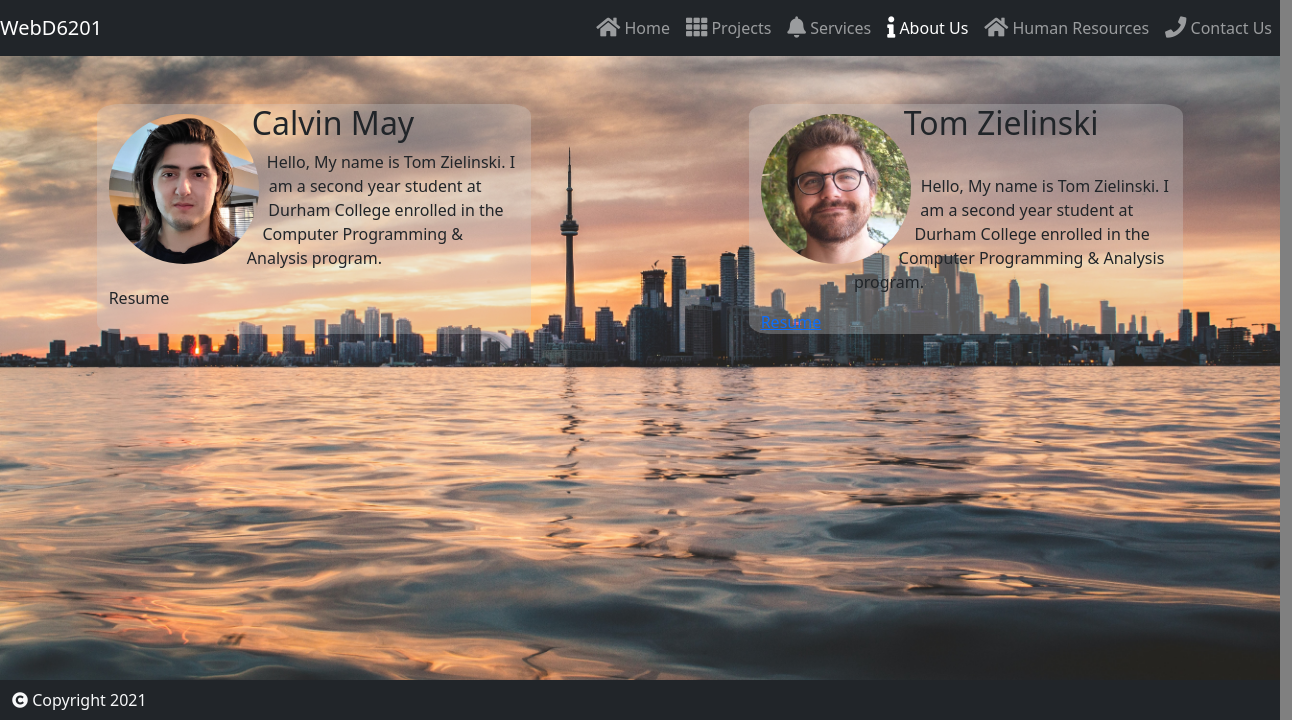
Repository: Tomelinski/Webd6201-Lab02
Page: about.html
These files come from the project's save history. The page is drawn as it stood at one moment and after the next save; the edit follows.
The browser window is 1280 px wide. The page is 1292 px wide, so the pictures cover 1292 px, including what lies to the right of the window. The pictures show the whole page.

Above is the page before, as saved 2021-02-05 19:12:51.

### about.html
<!-- Author(s): Tom Zielinski,
 *              Calvin May
 *
 *   Date: 02/02/2021 | Last Modified: 02/03/2021
 *   Document: about.html
 *   Description: ...
-->
<!DOCTYPE html>
<html lang="en">
<head>
    <meta charset="UTF-8">
    <meta name="viewport" content="width=device-width, initial-scale=1.0">
    <title>About</title>
    <!-- -->
    <link rel="stylesheet" href="./node_modules/bootstrap/dist/css/bootstrap.min.css">
    <link rel="stylesheet" href="./node_modules/@fortawesome/fontawesome-free/css/all.min.css">
    <link rel="stylesheet" href="./Content/app.css">

</head>
<body>
      <!-- Main header -->
      <header>
        <!-- Main Nav -->
          <nav class="navbar navbar-expand-lg navbar-dark bg-dark ">
              <a class="navbar-brand" href="./index.html">WebD6201</a>
              <button class="navbar-toggler" type="button" data-toggle="collapse" data-target="#navbarSupportedContent" aria-controls="navbarSupportedContent" aria-expanded="false" aria-label="Toggle navigation">
                <span class="navbar-toggler-icon"></span>
              </button>

              <div class="collapse navbar-collapse" id="navbarSupportedContent">
                <ul id="pageList" class="navbar-nav ms-auto mb-2 mb-lg-0">
                  <li class="nav-item ">
                    <a class="nav-link" aria-current="page" href="index.html"><i class="fas fa-home fa-lg"></i> Home</a>
                  </li>

                  <li class="nav-item">
                      <a id="projects" class="nav-link" aria-current="page" href="products.html"><i class="fas fa-th fa-lg"></i> Products</a>
                  </li>

                  <li class="nav-item">
                      <a class="nav-link" aria-current="page" href="services.html"><i class="fas fa-bell fa-lg"></i> Services</a>
                  </li>

                  <li class="nav-item">
                      <a class="nav-link active" aria-current="page" href="about.html"><i class="fas fa-info fa-lg"></i> About Us</a>
                  </li>

                  <li class="nav-item">
                      <a class="nav-link" aria-current="page" href="contact.html"><i class="fas fa-phone fa-lg"></i> Contact Us</a>
                  </li>
                </ul>
              </div>
            </nav>
      </header>

      <main>
        <div class="container"></div>
          <div class="row justify-content-around">
            <div id="about-calvin" class="col-4 mt-5 about-background">

            </div>
            <div id="about-tom" class="col-4 mt-5 about-background">

            </div>
          </div>
        </div>
      </main>

    <!-- Script section -->
    <script src="./node_modules/jquery/dist/jquery.min.js"></script>
    <script src="./node_modules/bootstrap/dist/js/bootstrap.bundle.min.js"></script>
    <script src="./Scripts/app.js"></script>
</body>

</html>

### Content/app.css
/* Author(s): Tom Zielinski,
 *              Calvin May
 *
 *   Date: 02/02/2021 | Last Modified: 02/03/2021
 *   Document: Services.html
 *   Description: ...
*/
/* Custom css page */
body{
    width:100vw;
    height:100vh;
    background: url("../Pictures/Toronto.jpg") no-repeat center center fixed;
    -webkit-background-size: cover;
    -moz-background-size: cover;
    -o-background-size: cover;
    background-size: cover;
    overflow-x: hidden;
    margin:0px;
    min-height:100%;
    background-color: gray;
}

.headshot-portrait{
    width: 150px;
    height: 150px;
    border-radius: 50%;
    float: left;
    shape-outside: circle();
    margin: 10px 10px 15px 0px;
}

.about-background{
    background: rgba(210, 210, 210, 0.3);
    border-radius: 5%;

}

### Scripts/app.js
/** Author(s): Tom Zielinski,
 *             Calvin May
 *
 *  Date: 02/02/2021 | Last Modified: 02/03/2021
 *  Document: app.js
 *  Description: ...
 */

/** Custom JavaScript Page */

/** IFFE Function */
(() => {

    // Declarations
    let mainContent = document.getElementsByTagName("main")[0]; // Holds the <main> element


    // First Fix the upper, lower navbars. Ensuring they display properly
    fixNavBars();

    /** Web Application Startup Functions */
    /** Start() - Lets the application know which content to load
     *          based on the title of the document.
    */
    function Start() {
        console.log("Web App Started.");``


        // A switch case used to figure out which page is being loaded.
        switch (document.title) {
            case "Home":
                displayHomePage();
                break;
            case "About":
                displayAboutPage();
                break;
            case "Contact":
                displayContactPage();
                break;
            case "Projects":
                displayProjectsPage();
                break;
            case "Services":
                displayServicesPage();
                break;
            case "Human Resources":
                displayHumanResourcesPage();
                break;
        }

    }

    /** Display Page Content Functions */
    /** displayHomePage() - Loads the Content for index.html */
    function displayHomePage() {

        let newParagraph = document.createElement("p");
        newParagraph.setAttribute("id", "paragraphOne");
        newParagraph.className = "fs-6 col col-md-4 mt-5 m-auto px-4 border border-dark border-4 rounded";
        newParagraph.textContent = "Welcome to Cavlin May's and Tom Zielinski's Webd6201 Lab01 webpage.";

        mainContent.appendChild(newParagraph);
    }

    /** displayAboutPage() - Loads the Content for about.html */
    function displayAboutPage() {

        // About Tom Content
        //-Create Elements for About Tom
        let aboutTomDiv = document.getElementById("about-tom");
        let tomHeading = document.createElement("h2");
        let pic = document.createElement("img");
        let aboutTom = document.createElement("p");
        let tomResume = document.createElement("a");

        // Set the Attributes, html, and Content for Toms Elements
        tomHeading.textContent = "Tom Zielinski";
        pic.setAttribute("src", "../Pictures/Tom.jpeg");
        pic.setAttribute("class", "headshot-portrait");
        pic.setAttribute("alt", "Headshot of Tom");
        aboutTom.innerHTML = `</br><p>Hello, My name is Tom Zielinski. I am a second year student at Durham College enrolled in the Computer Programming & Analysis program.</p>`;
        tomResume.setAttribute("href", "../files/resumes/Tom_Resume.pdf");
        tomResume.setAttribute("download", "");
        tomResume.setAttribute("background", "blue");
        tomResume.textContent = "Resume";

        // Insert the Elements within the about-tom div
        aboutTomDiv.appendChild(pic);
        aboutTomDiv.appendChild(tomHeading);
        aboutTomDiv.appendChild(aboutTom);
        aboutTomDiv.appendChild(tomResume);

        // About Calvin Content
        //-Create Elements for About Calvin
        let aboutCalvinDiv = document.getElementById("about-calvin");
        let calvinHeading = document.createElement("h2");
        let calvinPortrait = document.createElement("img");
        let aboutCalvin = document.createElement("p");
        let calvinResume = document.createElement("a");

        // Set the Attributes, html, and Content for Toms Elements
        calvinHeading.textContent = "Calvin May";
        calvinPortrait.setAttribute("src", "../Pictures/Calvin.jpg");
        calvinPortrait.setAttribute("class", "headshot-portrait");
        calvinPortrait.setAttribute("alt", "Headshot of Tom");
        aboutCalvin.innerHTML = `<p>Hello, My name is Tom Zielinski. I am a second year student at Durham College enrolled in the Computer Programming & Analysis program.</p>`;
        calvinResume.textContent = "Resume";

        // Insert the Elements within the about-tom div
        aboutCalvinDiv.appendChild(calvinPortrait);
        aboutCalvinDiv.appendChild(calvinHeading);
        aboutCalvinDiv.appendChild(aboutCalvin);
        aboutCalvinDiv.appendChild(calvinResume);
    }

    /** displayContactPage() - Loads the Content for contact.html */
    function displayContactPage() {

    }

    /** displayProjectsPage() - Loads the Content for projects.html */
    function displayProjectsPage() {

    }

    /** displayServicesPage() - Loads the Content for services.html */
    function displayServicesPage() {

    }

    /** displayHumanResourcesPage() - Loads the Content for human_resources.html */
    function displayHumanResourcesPage() {


    }

    /**
     * fixNavBars() - This Function is used to finish creating the Header/Footer Navbars
     *              using DOM Manipulation and Injection. First it fixes the "Products"
     *              NavBar link to correctly show, "Projects" and link to the projects.html
     *              page. It also Insert a new NavBar link, "Human Recources" between
     *              "About us" and "Contact Us" links. Finally, it adds a footer to the
     *              bottom of the page.
     */
    function fixNavBars()
    {
        // Fix the "Products" Nav item
        let projectPageAnchor = document.getElementById("projects");    // Get the Nav item Anchor tag by id
        projectPageAnchor.setAttribute("href", "projects.html");        // Correctly set the Hypertext Reference attribute
        projectPageAnchor.innerHTML = "<i class=\"fas fa-th fa-lg\"></i> Projects"; // Correctly set the text to indicate a project page

        // Insert a Nav item for Human Resources
        let navBarItemList = document.getElementById("pageList");  // Get the <ul> holding the Page links
        let humanResourcesListItem = document.createElement("li"); // Create a new list Item
        humanResourcesListItem.setAttribute("class", "nav-item");  // Set the class of the list item to "nav-item"
        // Create the anchor that will exist within the humanResourcesListItem
        let hrListItemData = '<a class="nav-link" aria-current="page" ' +
                             'href="human_resources.html"><i class="fas fa-home fa-lg"></i> Human Resources</a>';
        // Set the innerHtml with the data above
        humanResourcesListItem.innerHTML = hrListItemData;
        // Insert the new listitem before the 8th child within the <ul>
        //-(8th because it counts both the <li> elements and the <a> elements within)
        navBarItemList.insertBefore(humanResourcesListItem, navBarItemList.childNodes[8]);


        // Insert a new footer NavBar
        let footerData = "";    // A variable to hold the html code for the footers navBar
        // Create the footer element
        let pageFooter = document.createElement("footer");
        // Insert the new footer element before the "next" sibling of <main>
        //-Reads as <body>.insertBefore(pageFooter, elementAfterMain)
        mainContent.parentNode.insertBefore(pageFooter, mainContent.nextSibling);

        footerData = '<nav class="navbar fixed-bottom navbar-dark bg-dark"> ' +
                     '<div class="container-fluid"> ' +
                     '<h7 class="text-light"><i class="fas fa-copyright text-light"></i> Copyright 2021</h7> ' +
                     '</div> ' +
                     '</nav> ';
        pageFooter.innerHTML = footerData;

    }

    // Add an event listener for the load event (Page load).
    //-Call the Start() function so that we can display page
    //-specific content
    window.addEventListener("load", Start);

})();

Loaded but not shown: node_modules/bootstrap/dist/css/bootstrap.min.css (library); node_modules/@fortawesome/fontawesome-free/css/all.min.css (library); node_modules/jquery/dist/jquery.min.js (library); node_modules/bootstrap/dist/js/bootstrap.bundle.min.js (library)

After the next save:
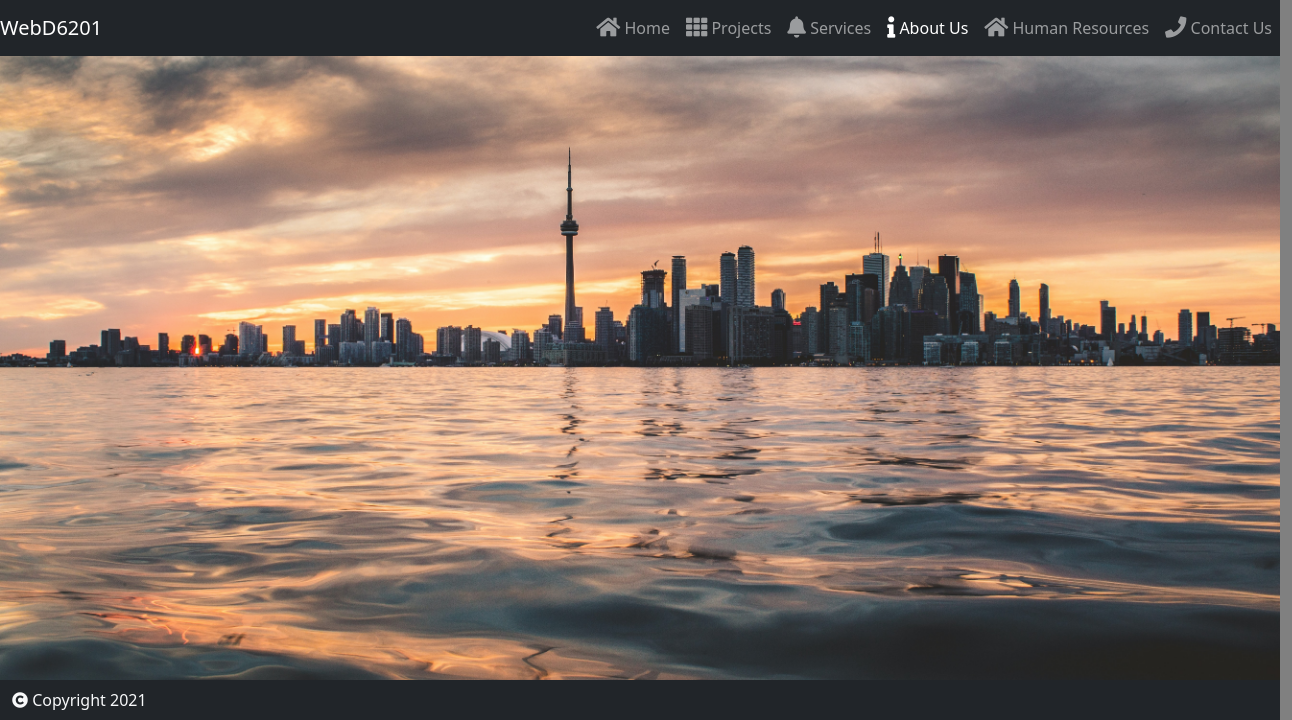
Console error: TypeError: tomResume.setAttribte is not a function
Saved 17 s later.
--- a/Scripts/app.js
+++ b/Scripts/app.js
@@ -81,7 +81,7 @@
         aboutTom.innerHTML = `</br><p>Hello, My name is Tom Zielinski. I am a second year student at Durham College enrolled in the Computer Programming & Analysis program.</p>`;
         tomResume.setAttribute("href", "../files/resumes/Tom_Resume.pdf");
         tomResume.setAttribute("download", "");
-        tomResume.setAttribute("background", "blue");
+        tomResume.setAttribte("background", "blue");
         tomResume.textContent = "Resume";
 
         // Insert the Elements within the about-tom div
@@ -103,7 +103,7 @@
         calvinPortrait.setAttribute("src", "../Pictures/Calvin.jpg");
         calvinPortrait.setAttribute("class", "headshot-portrait");
         calvinPortrait.setAttribute("alt", "Headshot of Tom");
-        aboutCalvin.innerHTML = `<p>Hello, My name is Tom Zielinski. I am a second year student at Durham College enrolled in the Computer Programming & Analysis program.</p>`;
+        aboutCalvin.innerHTML = `</hr><p>Hello, My name is Tom Zielinski. I am a second year student at Durham College enrolled in the Computer Programming & Analysis program.</p>`;
         calvinResume.textContent = "Resume";
 
         // Insert the Elements within the about-tom div

After the 2 saves that followed:
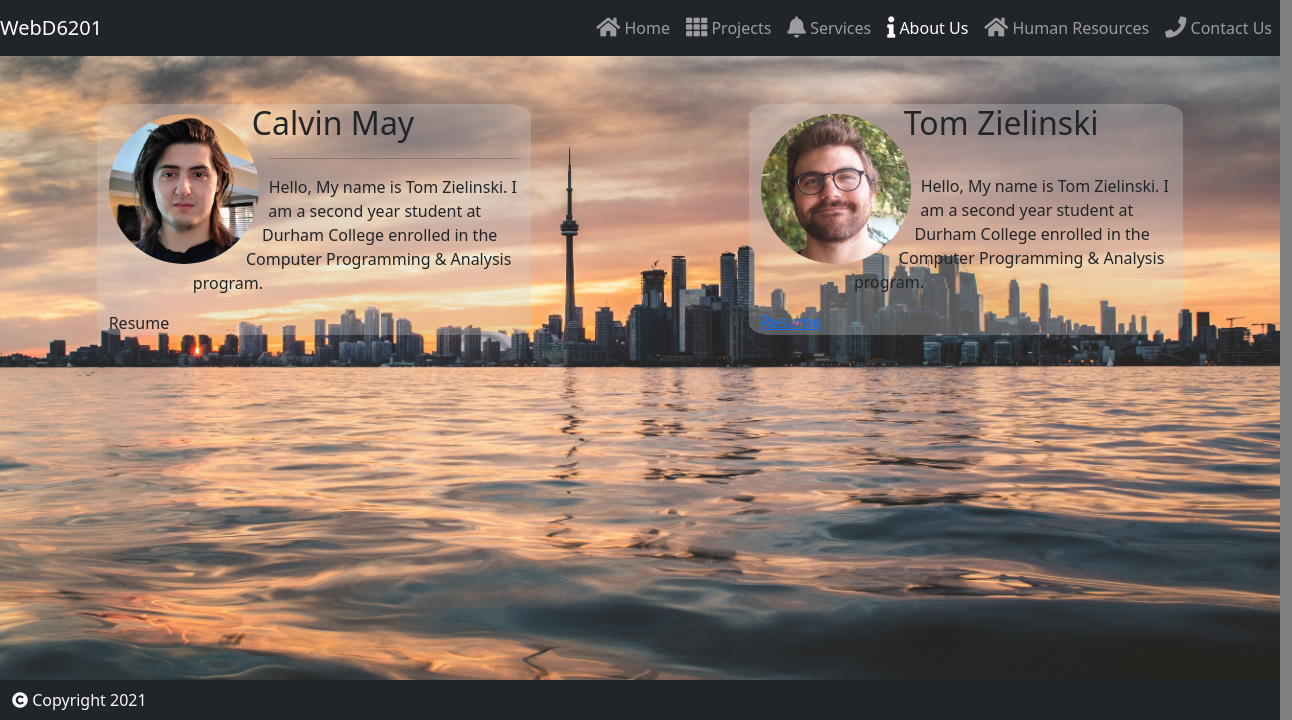
The error is gone.
The 2 saves are shown as one change because 1 left the picture as it was.
The last was saved 25 s later.
--- a/Scripts/app.js
+++ b/Scripts/app.js
@@ -81,7 +81,7 @@
         aboutTom.innerHTML = `</br><p>Hello, My name is Tom Zielinski. I am a second year student at Durham College enrolled in the Computer Programming & Analysis program.</p>`;
         tomResume.setAttribute("href", "../files/resumes/Tom_Resume.pdf");
         tomResume.setAttribute("download", "");
-        tomResume.setAttribte("background", "blue");
+        tomResume.setAttribute("background", "blue");
         tomResume.textContent = "Resume";
 
         // Insert the Elements within the about-tom div
@@ -103,7 +103,7 @@
         calvinPortrait.setAttribute("src", "../Pictures/Calvin.jpg");
         calvinPortrait.setAttribute("class", "headshot-portrait");
         calvinPortrait.setAttribute("alt", "Headshot of Tom");
-        aboutCalvin.innerHTML = `</hr><p>Hello, My name is Tom Zielinski. I am a second year student at Durham College enrolled in the Computer Programming & Analysis program.</p>`;
+        aboutCalvin.innerHTML = `<hr/><p>Hello, My name is Tom Zielinski. I am a second year student at Durham College enrolled in the Computer Programming & Analysis program.</p>`;
         calvinResume.textContent = "Resume";
 
         // Insert the Elements within the about-tom div
